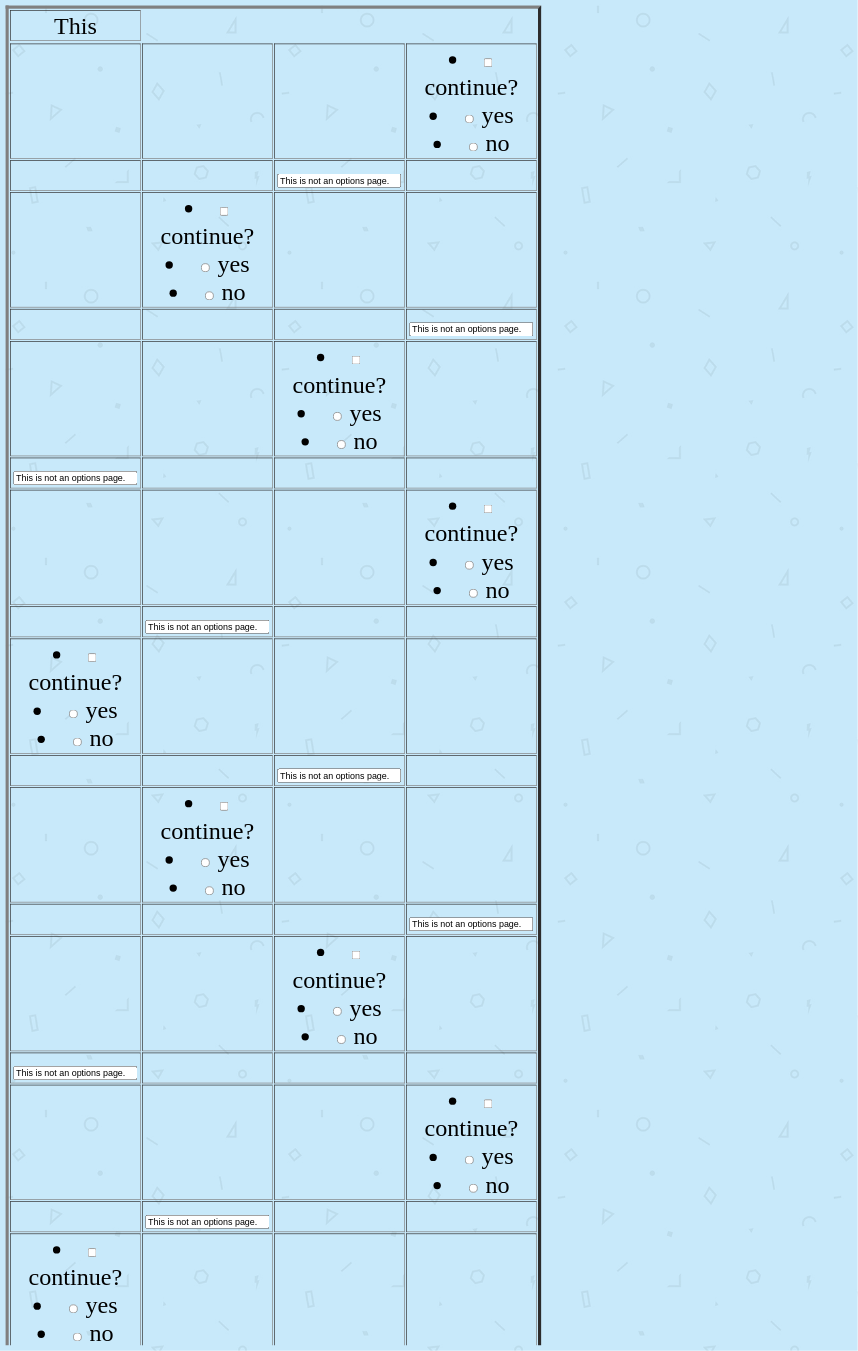
Repository: yiy225/yiy225.github.io
Page: page 3.html
The author's editor kept a record of every edit. The page is drawn from the files as they stood at one moment, then again after the next edit.
The browser window is 1280 px wide. The pictures show the whole page, at 67% of full size.
An inner scrolling area shows only its first screen.

Above is the page before.

### page 3.html
<!DOCTYPE html>
<html>
    <head>
        <title>3rd page</title>
        <link href="styles 3.css" rel="stylesheet">
    </head>
    <body>

    <div class= div1></div>

    <div class= div2>
        <table border="5">
        <tr>
        <td>This</td>
        </tr>
        <tr>

        <tr>
        <td>&nbsp;</td>
        <td>&nbsp;</td>
        <td>&nbsp;</td>
        <td>
        	<li><input type="checkbox"> continue?</li>
        	<li><input type="radio" name="rad"> yes</li>
        	<li><input type="radio" name="rad"> no</li>
        </td>
        </tr>
        <tr>
        <td>&nbsp;</td>
        <td>&nbsp;</td>
        <td><input type="text" value="This is not an options page."></td>
        <td>&nbsp;</td>
        </tr>
        <tr>
        <td>&nbsp;</td>
        <td>
        	<li><input type="checkbox"> continue?</li>
        	<li><input type="radio" name="rad"> yes</li>
        	<li><input type="radio" name="rad"> no</li>
        </td>
        <td>&nbsp;</td>
        <td>&nbsp;</td>
        </tr>
        <tr>
        <td>&nbsp;</td>
        <td>&nbsp;</td>
        <td>&nbsp;</td>
        <td><input type="text" value="This is not an options page."></td>
        </tr>
        <tr>
        <td>&nbsp;</td>
        <td>&nbsp;</td>
        <td>
        	<li><input type="checkbox"> continue?</li>
        	<li><input type="radio" name="rad"> yes</li>
        	<li><input type="radio" name="rad"> no</li>
        </td>
        <td>&nbsp;</td>
        </tr>
        <tr>
        <td><input type="text" value="This is not an options page."></td>
        <td>&nbsp;</td>
        <td>&nbsp;</td>
        <td>&nbsp;</td>
        </tr>
        <td>&nbsp;</td>
        <td>&nbsp;</td>
        <td>&nbsp;</td>
        <td>
        	<li><input type="checkbox"> continue?</li>
        	<li><input type="radio" name="rad"> yes</li>
        	<li><input type="radio" name="rad"> no</li>
        </td>
        </tr>
        <tr>
        <td>&nbsp;</td>
        <td><input type="text" value="This is not an options page."></td>
        <td>&nbsp;</td>
        <td>&nbsp;</td>
        </tr>
        <tr>
        <td>
        	<li><input type="checkbox"> continue?</li>
        	<li><input type="radio" name="rad"> yes</li>
        	<li><input type="radio" name="rad"> no</li>
        </td>
        <td>&nbsp;</td>
        <td>&nbsp;</td>
        <td>&nbsp;</td>
        </tr>
        <tr>
        <td>&nbsp;</td>
        <td>&nbsp;</td>
        <td><input type="text" value="This is not an options page."></td>
        <td>&nbsp;</td>
        </tr>
        <tr>
        <td>&nbsp;</td>
        <td>
        	<li><input type="checkbox"> continue?</li>
        	<li><input type="radio" name="rad"> yes</li>
        	<li><input type="radio" name="rad"> no</li>
        </td>
        <td>&nbsp;</td>
        <td>&nbsp;</td>
        </tr>
        <tr>
        <td>&nbsp;</td>
        <td>&nbsp;</td>
        <td>&nbsp;</td>
        <td><input type="text" value="This is not an options page."></td>
        </tr>
        <tr>
        <td>&nbsp;</td>
        <td>&nbsp;</td>
        <td>
        	<li><input type="checkbox"> continue?</li>
        	<li><input type="radio" name="rad"> yes</li>
        	<li><input type="radio" name="rad"> no</li>
        </td>
        <td>&nbsp;</td>
        </tr>
        <tr>
        <td><input type="text" value="This is not an options page."></td>
        <td>&nbsp;</td>
        <td>&nbsp;</td>
        <td>&nbsp;</td>
        </tr>
        </tr>
        <td>&nbsp;</td>
        <td>&nbsp;</td>
        <td>&nbsp;</td>
        <td>
        	<li><input type="checkbox"> continue?</li>
        	<li><input type="radio" name="rad"> yes</li>
        	<li><input type="radio" name="rad"> no</li>
        </td>
        </tr>
        <tr>
        <td>&nbsp;</td>
        <td><input type="text" value="This is not an options page."></td>
        <td>&nbsp;</td>
        <td>&nbsp;</td>
        </tr>
        <tr>
        <td>
        	<li><input type="checkbox"> continue?</li>
        	<li><input type="radio" name="rad"> yes</li>
        	<li><input type="radio" name="rad"> no</li>
        </td>
        <td>&nbsp;</td>
        <td>&nbsp;</td>
        <td>&nbsp;</td>
        </tr>
        <tr>
        <td>&nbsp;</td>
        <td>&nbsp;</td>
        <td><input type="text" value="This is not an options page."></td>
        <td>&nbsp;</td>
        </tr>
        <tr>
        <td>&nbsp;</td>
        <td>
        	<li><input type="checkbox"> continue?</li>
        	<li><input type="radio" name="rad"> yes</li>
        	<li><input type="radio" name="rad"> no</li>
        </td>
        <td>&nbsp;</td>
        <td>&nbsp;</td>
        </tr>
        <tr>
        <td>&nbsp;</td>
        <td>&nbsp;</td>
        <td>&nbsp;</td>
        <td><input type="text" value="This is not an options page."></td>
        </tr>
        <tr>
        <td>&nbsp;</td>
        <td>&nbsp;</td>
        <td>
        	<li><input type="checkbox"> continue?</li>
        	<li><input type="radio" name="rad"> yes</li>
        	<li><input type="radio" name="rad"> no</li>
        </td>
        <td>&nbsp;</td>
        </tr>
        <tr>
        <td><input type="text" value="This is not an options page."></td>
        <td>&nbsp;</td>
        <td>&nbsp;</td>
        <td>&nbsp;</td>
        </tr>

        </table>

        <a href="page 4" class="seal"></a>
    </body>
</html>

### styles 3.css
body {
    background-image: url(geometry.jpg);
    background-repeat: repeat;
    font-size: 36px;
    font-family: 'Comic Sans MS', cursive;
    text-align: center;
}

.div2 {
    width: 800px;
    height: 2000px;
    overflow-x: scroll;
    overflow-y: hidden

}


.seal {
   width: 80px;
   height: 80px;
   background-image: url(seal.png);
   background-repeat: no-repeat;
   display: block;
   text-indent: 100%;
   white-space: nowrap;
   overflow: hidden;
   position: relative;
   text-align:center;
   margin-left:auto;
   margin-right:auto;
   border-radius: 100%;
}


.seal:hover {
background-position: -80px 0;
}


.seal:active {
background-position: -160px 0;
}

After the next edit:
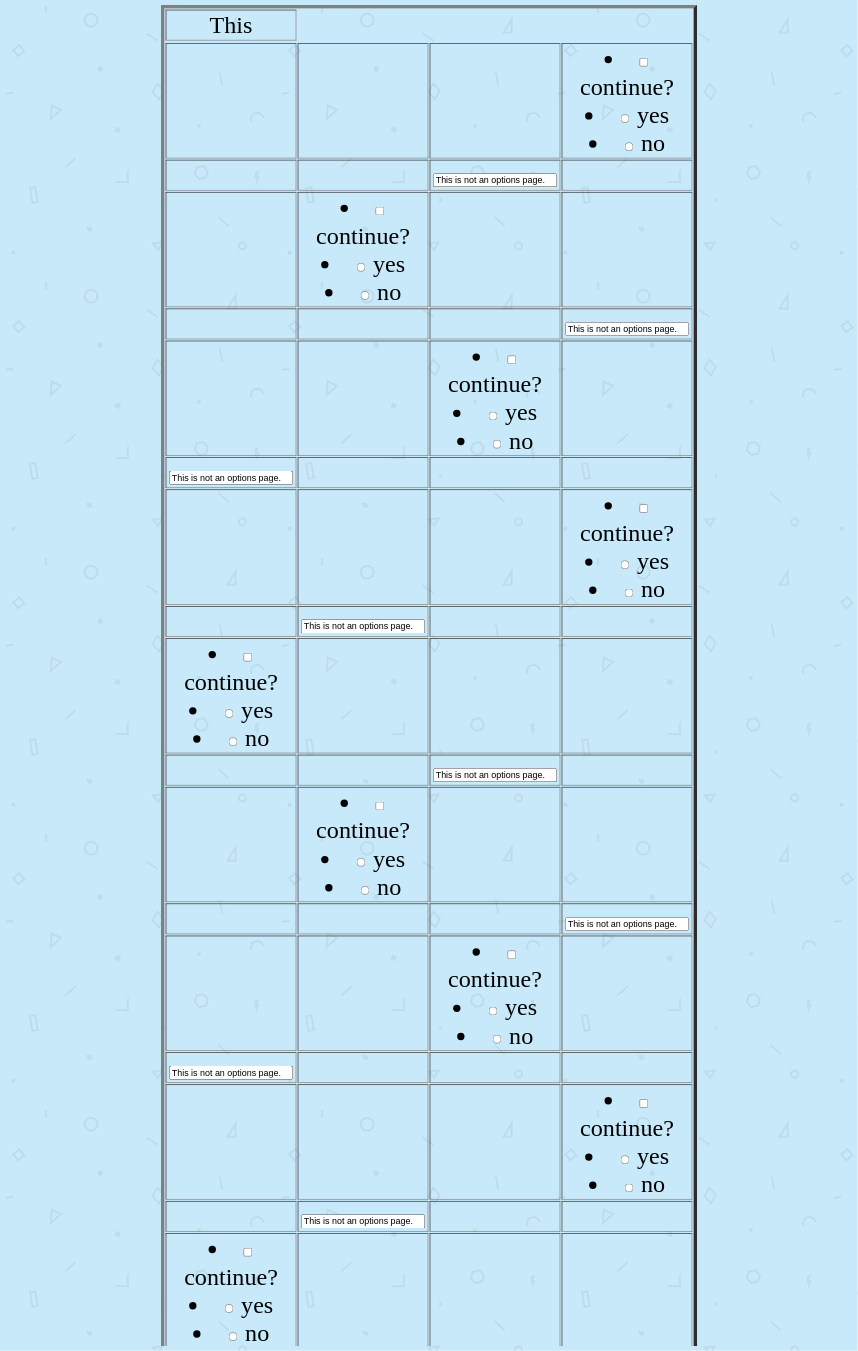
The edit:
--- a/styles 3.css
+++ b/styles 3.css
@@ -10,7 +10,12 @@
     width: 800px;
     height: 2000px;
     overflow-x: scroll;
-    overflow-y: hidden
+    overflow-y: hidden；
+    position: relative;
+   text-align:center;
+   margin-left:auto;
+   margin-right:auto;
+
 
 }
 
